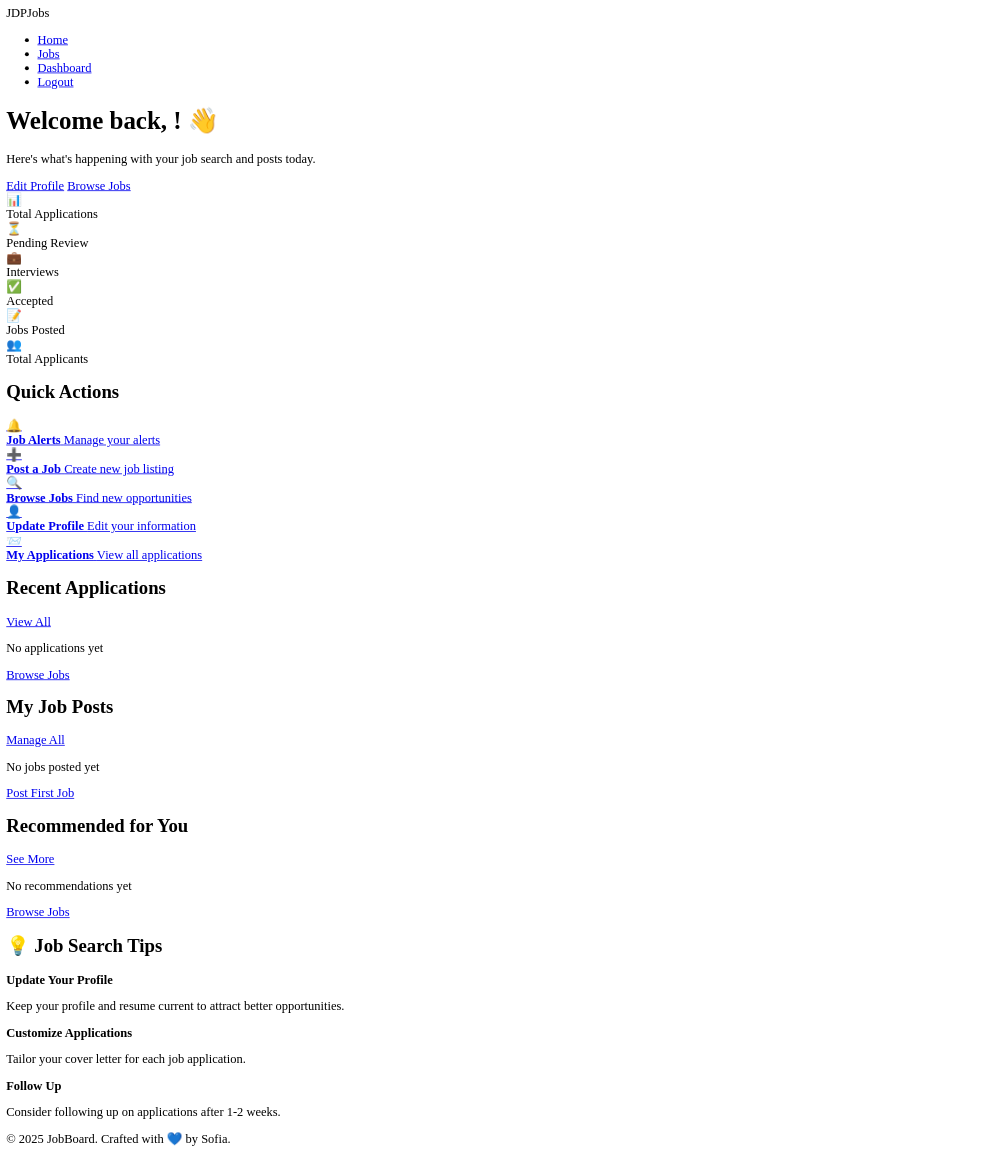
Repository: sofia123776/jobboard
Page: jobs/templates/jobs/dashboard.html
These files come from the project's save history. The page is drawn as it stood at one moment and after the next save; the edit follows.
The browser window is 1280 px wide. The pictures show the whole page, at 78% of full size.
The template is drawn by Django 5.2. The application's start-up code is not run. The template is opened directly, without the code that normally fills it, so the values that code supplies are empty.

Above is the page before, as saved 2025-10-20 19:21:32.

After the next save:
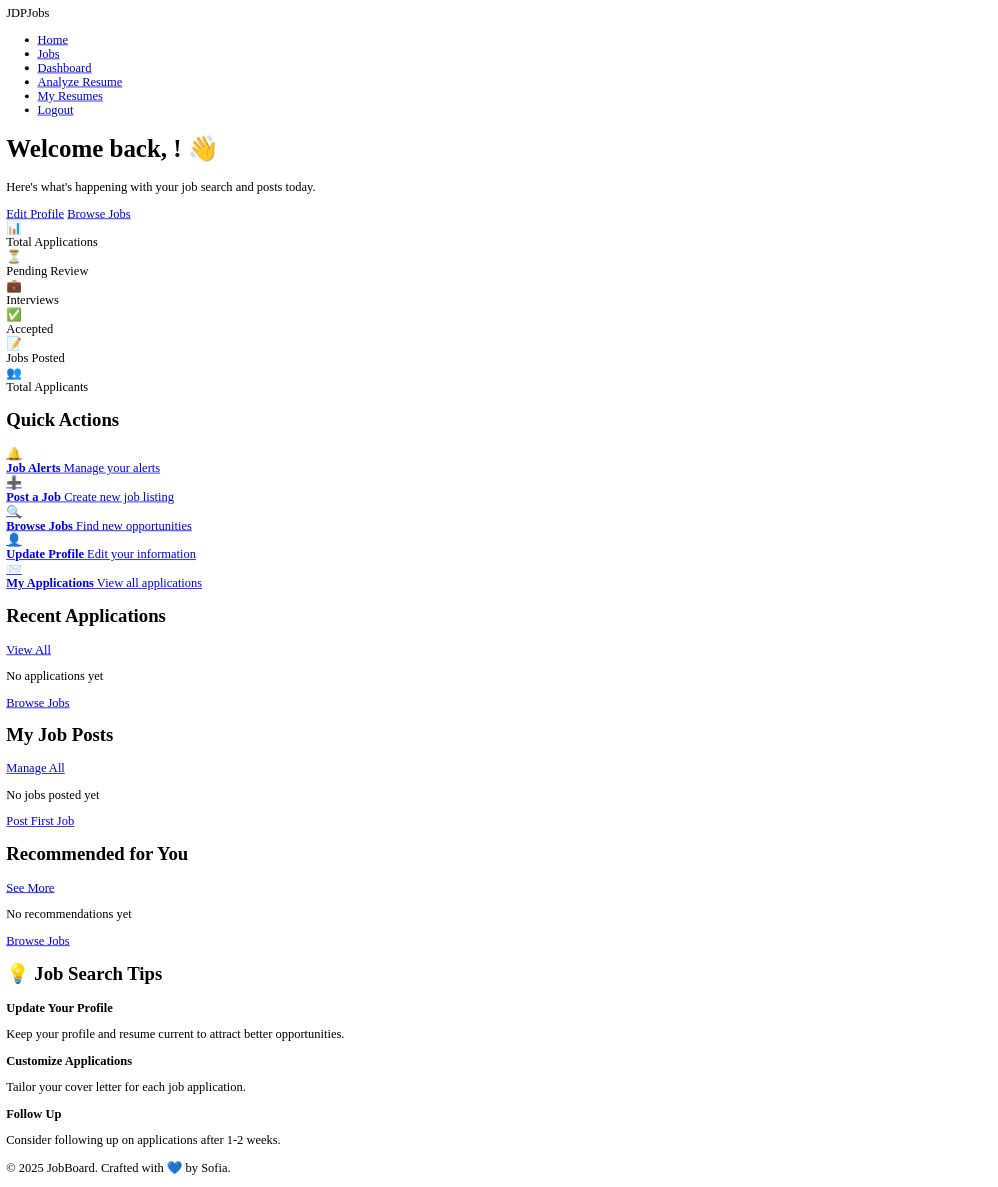
Saved 12 min 10 s later.
--- a/jobs/templates/jobs/dashboard.html
+++ b/jobs/templates/jobs/dashboard.html
@@ -15,6 +15,8 @@
                 <li><a href="{% url 'home' %}">Home</a></li>
                 <li><a href="{% url 'job_list' %}">Jobs</a></li>
                 <li><a href="{% url 'dashboard' %}" class="active">Dashboard</a></li>
+                <li><a href="{% url 'upload_resume' %}">Analyze Resume</a></li>
+                <li><a href="{% url 'resume_list' %}">My Resumes</a></li>
                 <li><a href="{% url 'logout' %}">Logout</a></li>
             </ul>
         </nav>
